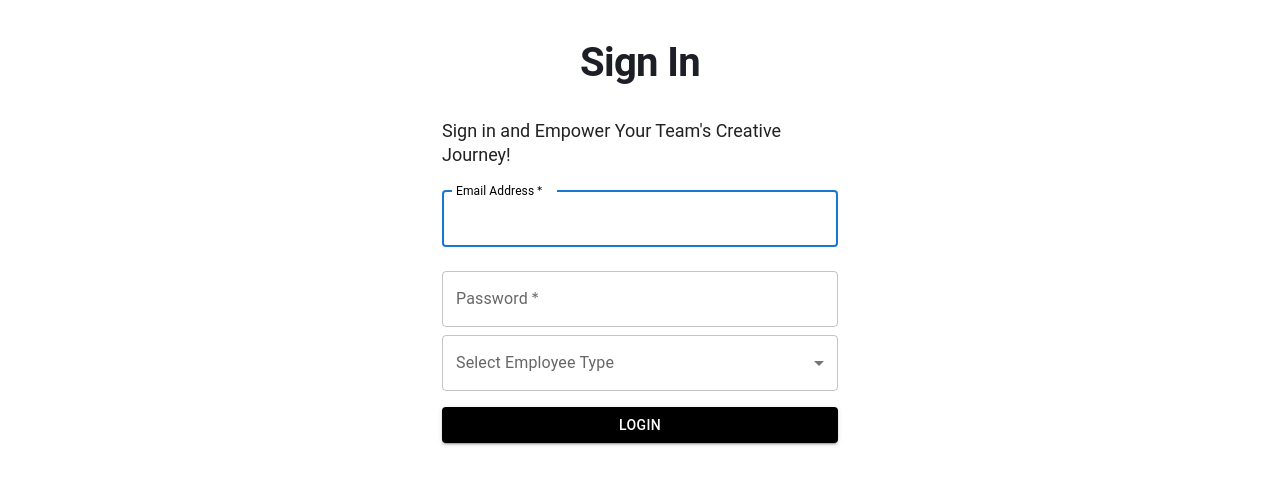
Repository: Deepika9103/WTDashboard
Page: /signin
These files come from the project's save history. The page is drawn as it stood at one moment and after the next save; the edit follows.
The browser window is 1280 px wide. The pictures show the whole page.
The project was rebuilt for these pictures with package versions that can differ from the ones it lists, and the page was loaded fresh each time. Some packages were replaced by stand-ins written for this rebuild. Also part of the build but not shown: src/Components/CustomButton.jsx, src/Components/Navbar.jsx, src/Components/Footer.jsx, src/Components/CongratsCard.jsx, src/pages/Hero/Properties.jsx, src/pages/Hero/Hero.jsx, src/pages/Dashboard/Dashboard.jsx, src/Components/layout.jsx and 1 more.

Above is the page before, as saved 2024-03-26 16:31:28.

After the next save:
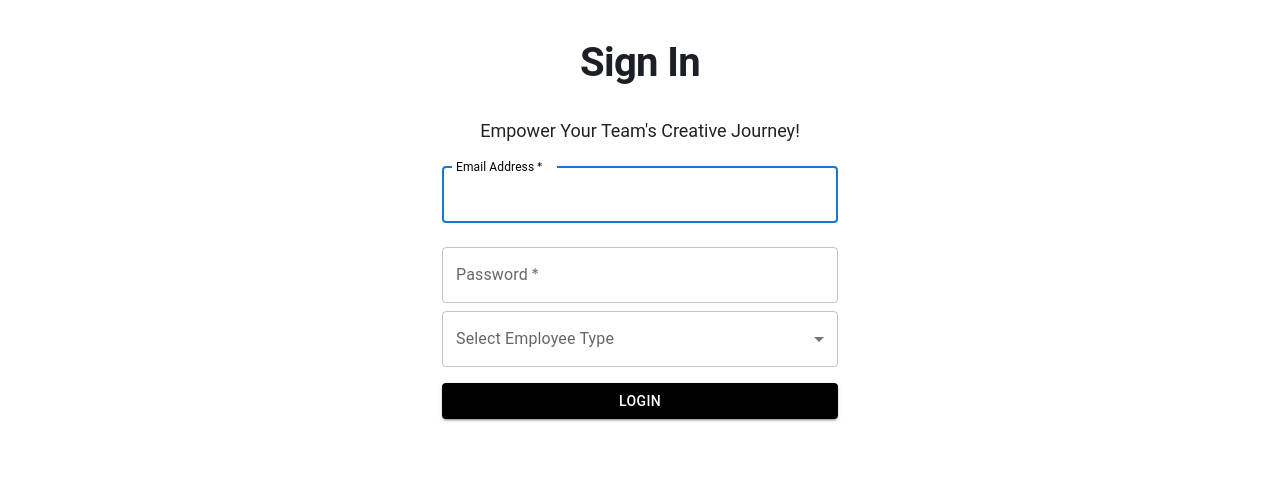
Saved 23 s later.
--- a/src/pages/Sign_in.jsx
+++ b/src/pages/Sign_in.jsx
@@ -102,7 +102,7 @@ export default function SignIn() {
             Sign In
            </Title>
         <Typography component="h2" variant="h5" sx={{ fontSize: "18px" }}>
-          Sign in and Empower Your Team's Creative Journey!
+          Empower Your Team's Creative Journey!
         </Typography>
         <Box component="form" onSubmit={handleSubmit} noValidate sx={{ mt: 1 }}>
           <TextField
